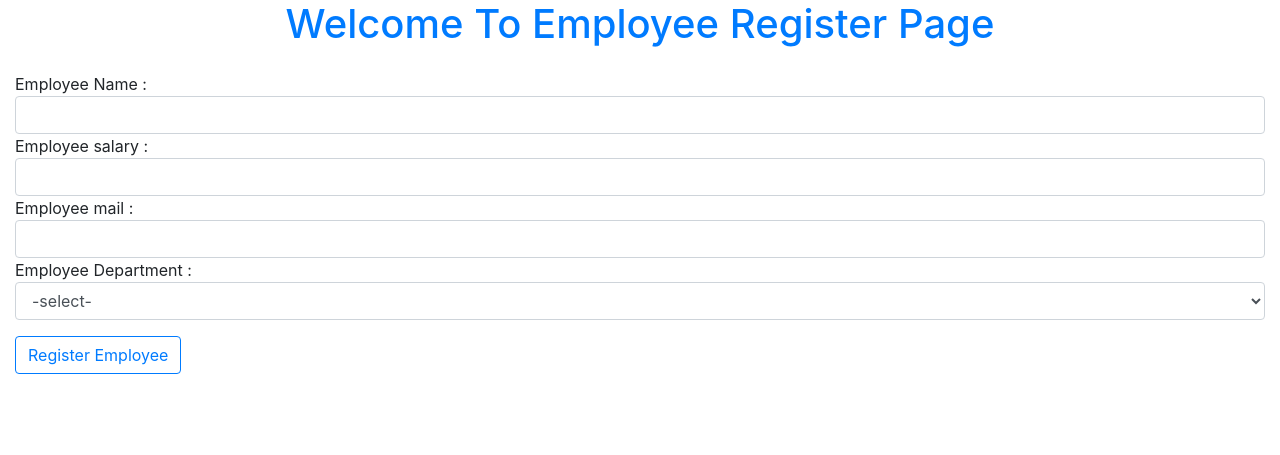
Repository: lokeshsukhwal/EmployeeMiniProject
Page: http://localhost/EmployeeRegister
The author's editor kept a copy of each file at every save. The page is drawn from the files as they stood at one save, then again after the next save.
The browser window is 1280 px wide. The pictures show the whole page.
The page is this project's Thymeleaf template; nobody is signed in. The template is opened directly, without the code that normally fills it, so the values that code supplies are empty.

Above is the page before, as saved 2023-01-18 13:26:24.

### SpringBootMvc-ThymeleafMySqlCrudMiniProject/src/main/resources/templates/EmployeeRegister.html
<!DOCTYPE html>
<html xmlns:th="https://www.thymeleaf.org/">
<head>
<meta charset="ISO-8859-1">
<title>Employee register page</title>
<!-- Latest compiled and minified CSS -->
<link rel="stylesheet" href="https://cdn.jsdelivr.net/npm/bootstrap@4.6.2/dist/css/bootstrap.min.css">
</head>
<body>
<div class="container col">
	<h1 class=" text-primary text-center">Welcome To Employee Register Page</h1>
		<form th:action="@{/employee/save}" method="POST" class="mt-4 form ">

			Employee Name : <input type="text" name="empName"class="form-control">

			Employee salary : <input type="text" name="empSalary"class="form-control">

			Employee mail : <input type="email" name="empMail"class="form-control">

			Employee Department : <select name="department" class="form-control">
										<option value="#">-select-</option>
										<option value="dev">DEV</option>
										<option value="ba">BA</option>
										<option value="qa">QA</option>
								  </select>

		<button type="submit" class="btn btn-outline-primary mt-3">Register Employee</button>

		</form>


		<h4 th:text="${message}" class="bg-success text-white mt-4 text-center"></h4>
	</div>

</body>
</html>

After the next save:
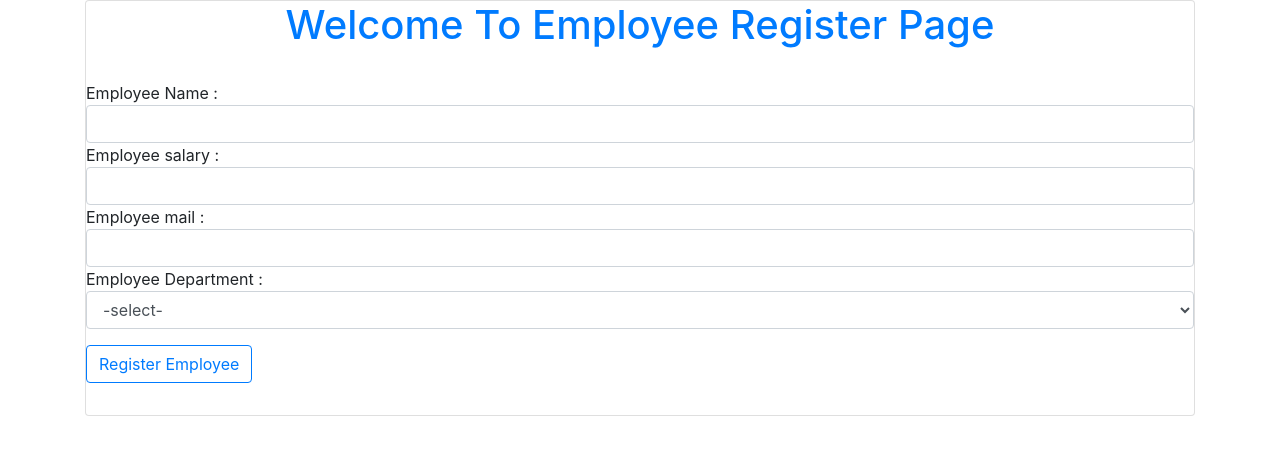
Saved 50 s later.
--- a/SpringBootMvc-ThymeleafMySqlCrudMiniProject/src/main/resources/templates/EmployeeRegister.html
+++ b/SpringBootMvc-ThymeleafMySqlCrudMiniProject/src/main/resources/templates/EmployeeRegister.html
@@ -7,7 +7,8 @@
 <link rel="stylesheet" href="https://cdn.jsdelivr.net/npm/bootstrap@4.6.2/dist/css/bootstrap.min.css">
 </head>
 <body>
-<div class="container col">
+<div class="container">
+	<div class="card">
 	<h1 class=" text-primary text-center">Welcome To Employee Register Page</h1>
 		<form th:action="@{/employee/save}" method="POST" class="mt-4 form ">
 
@@ -31,6 +32,6 @@
 
 		<h4 th:text="${message}" class="bg-success text-white mt-4 text-center"></h4>
 	</div>
-
+	</div>
 </body>
 </html>
